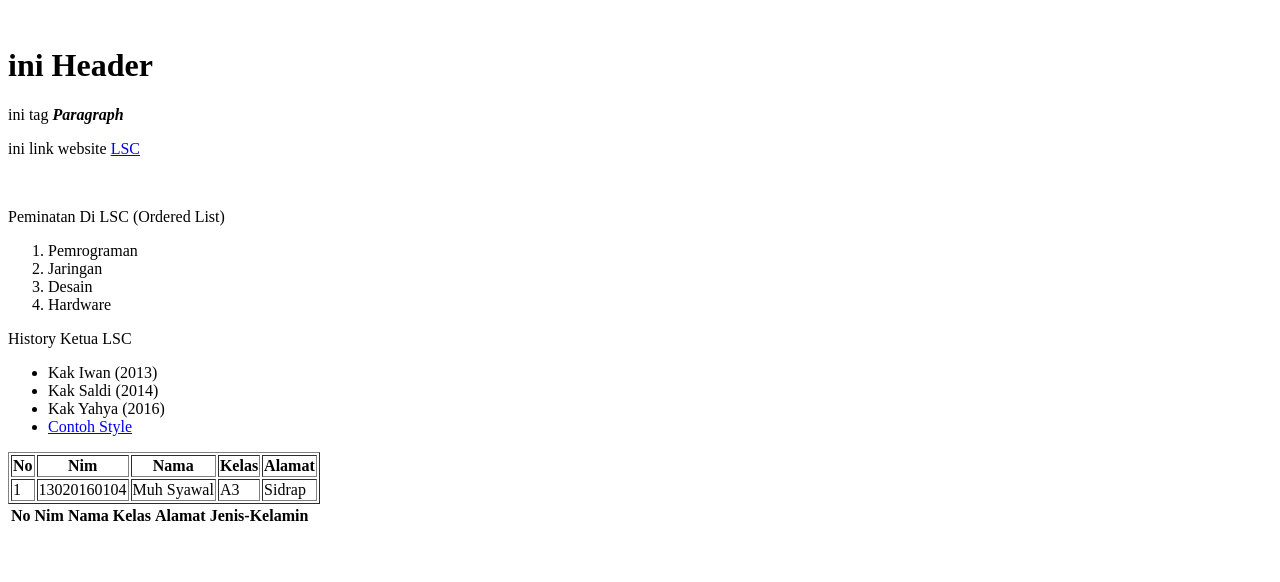
Repository: syawal2kalii/HelloWorld
Page: basichtml.htm
The author's editor kept a copy of each file at every save. The page is drawn from the files as they stood at one save, then again after a run of saves.
The browser window is 1280 px wide. The pictures show the whole page.

Above is the page before, as saved 2019-11-17 01:40:29.

After the next 2 saves:
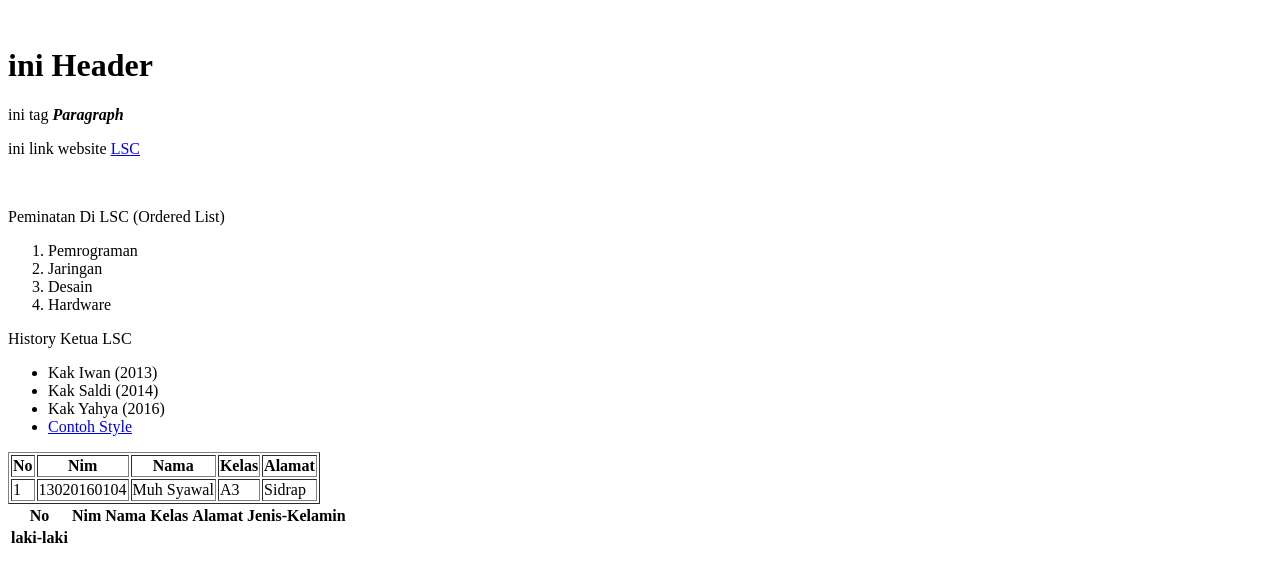
The 2 saves are shown as one change because they came seconds apart.
The last was saved 24 s later.
--- a/basichtml.htm
+++ b/basichtml.htm
@@ -84,7 +84,7 @@ Overview
             <th>Jenis-Kelamin</th>
         </tr>
         <tr>
-
+            <th>laki-laki</th>
         </tr>
         <tr>
             <td>
